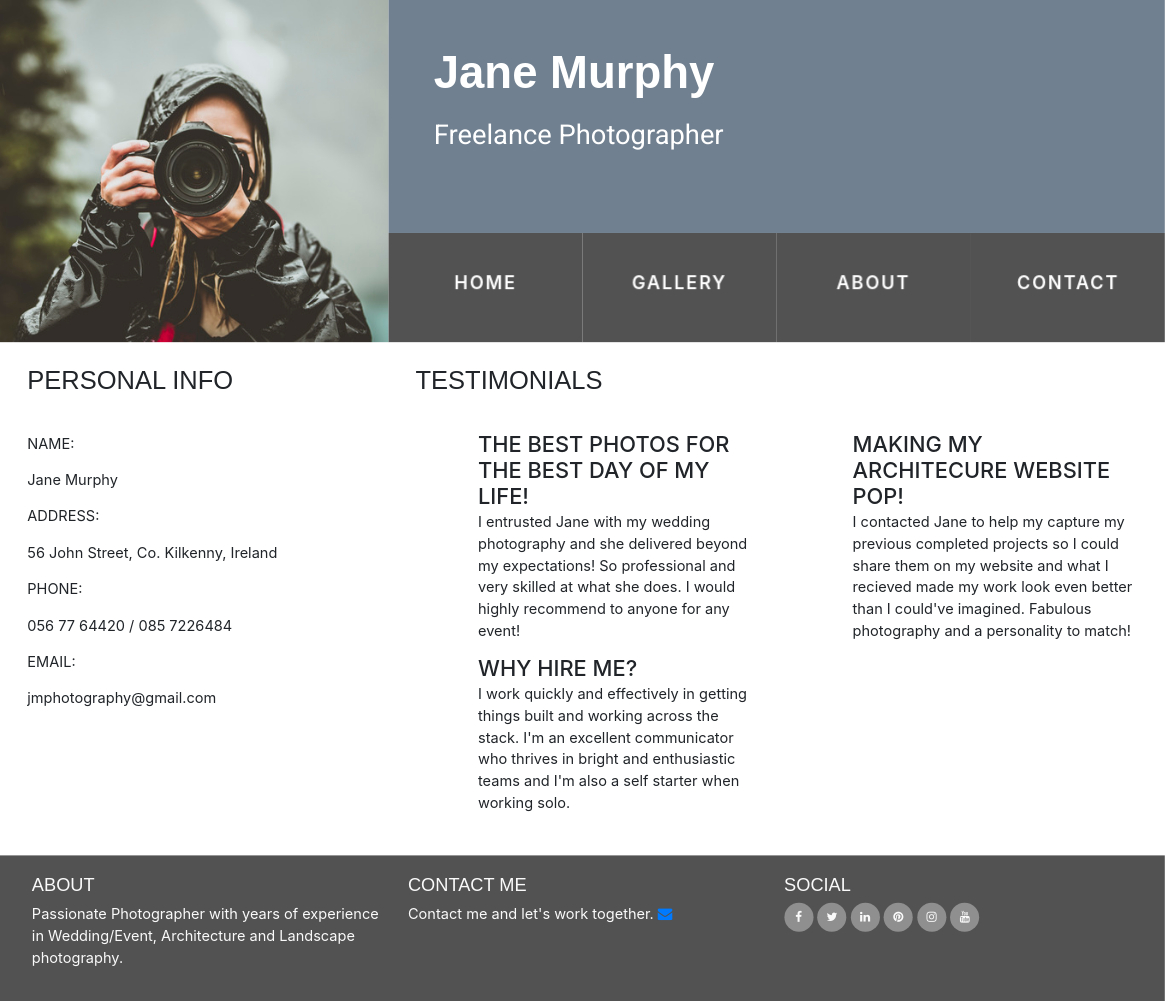
Repository: Code-Institute-Submissions/MrChrisRandall-milestone-1
Page: index.html
The author's editor kept a record of every edit. The page is drawn from the files as they stood at one moment, then again after the next edit.
The browser window is 1280 px wide. The pictures show the whole page, at 91% of full size.

Above is the page before.

### index.html
<!DOCTYPE html>
<html lang="en">

<head>
    <meta charset="UTF-8">
    <meta name="viewport" content="width=device-width, initial-scale=1.0">
    <meta http-equiv="X-UA-Compatible" content="ie=edge">
    <link rel="stylesheet" href="https://stackpath.bootstrapcdn.com/bootstrap/4.3.1/css/bootstrap.min.css" type="text/css" />
    <link rel="stylesheet" href="https://stackpath.bootstrapcdn.com/font-awesome/4.7.0/css/font-awesome.min.css" type="text/css" />
    <link rel="stylesheet" href="https://cdnjs.cloudflare.com/ajax/libs/hover.css/2.3.1/css/hover-min.css" type="text/css" />
    <link rel="stylesheet" href="assets/css/style.css" type="text/css" />
    <title>Studio 21</title>
</head>

<body>
    <header>
        <div class="row no-gutters">
            <a href="index.html" class="col-md-4 logo">

            </a>
            <div class="col-md-8">
                <div class="row no-gutters bg-color-name-title">
                    <div class="col heading">
                        <h1 class="name">Jane Murphy</h1>
                        <h2 class="title">Freelance Photographer</h2>
                    </div>
                </div>
                <div class="row no-gutters">
                    <div class="col">
                        <ul id="nav" class="list-inline menucontainer">
                            <li class="col-2 col-sm-3 ui-menu-color-home list-inline-item menuitem">
                                <a href="#" class="hvr-grow-shadow"><span>Home</span></a>
                            </li>
                            <li class="col-2 col-sm-3 ui-menu-color-gallery list-inline-item menuitem">
                                <a href="#" class="hvr-grow-shadow"><span>Gallery</span></a>
                            </li>
                            <li class="col-2 col-sm-3 ui-menu-color-about list-inline-item menuitem">
                                <a href="#" class="hvr-grow-shadow"><span>About</span></a>
                            </li>
                            <li class="col-2 col-sm-3 ui-menu-color-contact list-inline-item menuitem">
                                <a href="#" class="hvr-grow-shadow"><span>Contact</span></a>
                            </li>
                        </ul>
                    </div>
                </div>

            </div>
        </div>

    </header>

    <section class="container-fluid">
        <div class="row">
            <div class="col-md-4 section-column">
                <div class="row">
                    <div class="col-12">
                        <h3 class="section-heading uppercase">
                            Personal Info
                        </h3>
                    </div>
                </div>
                <div class="personal-info-item">
                    <div class="key">
                        <p class="uppercase">
                            Name:
                        </p>
                    </div>
                    <div class="value">
                        <p>
                            Jane Murphy
                        </p>
                    </div>
                </div>
                <div class="personal-info-item">
                    <div class="key">
                        <p class="uppercase">
                            Address:
                        </p>
                    </div>
                    <div class="value">
                        <p>
                            56 John Street, Co. Kilkenny, Ireland
                        </p>
                    </div>
                </div>
                <div class="personal-info-item">
                    <div class="key">
                        <p class="uppercase">
                            Phone:
                        </p>
                    </div>
                    <div class="value">
                        <p>
                            056 77 64420 / 085 7226484
                        </p>
                    </div>
                </div>
                <div class="personal-info-item">
                    <div class="key">
                        <p class="uppercase">
                            Email:
                        </p>
                    </div>
                    <div class="value">
                        <p>
                            jmphotography@gmail.com
                        </p>
                    </div>
                </div>
            </div>
            <div class="col-md-8 section-column">
                <div class="row">
                    <div class="col">
                        <h3 class="section-heading uppercase">Testimonials</h3>
                    </div>
                </div>
                <div class="row">
                    <div class="col-10 offset-1 offset-sm-0 col-sm-4 col-md-6">
                        <div class="row">
                            <div class="col-2">
                            </div>
                            <div class="col-10">
                                <h4 class="uppercase">The best photos for the best day of my life!</h4>
                                <p>
                                    I entrusted Jane with my wedding photography and she delivered beyond my expectations! So professional and very skilled at what she does. I would highly recommend to anyone for any event!
                                </p>
                            </div>
                        </div>
                    </div>
                    <div class="col-10 offset-1 offset-sm-0 col-sm-4 col-md-6">
                        <div class="row">
                            <div class="col-2">
                            </div>
                            <div class="col-10">
                                <h4 class="uppercase">Making my architecure website pop!</h4>
                                <p>
                                    I contacted Jane to help my capture my previous completed projects so I could share them on my website and what I recieved made my work look even better than I could've imagined. Fabulous photography and a personality to match!
                                </p>
                            </div>
                        </div>
                    </div>
                    <div class="col-10 offset-1 offset-sm-0 col-sm-4 col-md-6">
                        <div class="row">
                            <div class="col-2">
                            </div>
                            <div class="col-10">
                                <h4 class="uppercase">Why hire me?</h4>
                                <p>
                                    I work quickly and effectively in getting things built and working across the stack. I'm an excellent communicator who thrives in bright and enthusiastic teams and I'm also a self starter when working solo.
                                </p>
                            </div>
                        </div>
                    </div>
                </div>
            </div>
        </div>

    </section>

    <footer class="container-fluid">
        <div id="footer-details" class="row">
            <div class="col-sm-4">
                <h5 class="uppercase general-sub">About</h5>
                <p class="inline-block">
                    Passionate Photographer with years of experience in Wedding/Event, Architecture and Landscape photography.
                </p>
            </div>
            <div class="col-sm-4">
                <h5 class="uppercase general-sub">Contact Me</h5>
                <p class="inline-block">
                    Contact me and let's work together.
                    <a href="contact.html" class="contant-link">
                        <i class="fa fa-envelope" aria-hidden="true"></i>
                        <span class="sr-only">Contact link.</span>
                    </a>
                </p>
            </div>
            <div class="col-sm-4">
                <h5 class="uppercase general-sub">Social</h5>
                <ul class="list-inline social-links">
                    <li class="list-inline-item">
                        <a target="_blank" href="#">
                            <i class="fa fa-facebook" aria-hidden="true"></i>
                            <span class="sr-only">Facebook</span>
                        </a>
                    </li>
                    <li class="list-inline-item">
                        <a target="_blank" href="#">
                            <i class="fa fa-twitter" aria-hidden="true"></i>
                            <span class="sr-only">Twitter</span>
                        </a>
                    </li>
                    <li class="list-inline-item">
                        <a target="_blank" href="#">
                            <i class="fa fa-linkedin" aria-hidden="true"></i>
                            <span class="sr-only">LinkedIn</span>
                        </a>
                    </li>
                    <li class="list-inline-item">
                        <a target="_blank" href="#">
                            <i class="fa fa-pinterest" aria-hidden="true"></i>
                            <span class="sr-only">Pinterest</span>
                        </a>
                    </li>
                    <li class="list-inline-item">
                        <a target="_blank" href="#">
                            <i class="fa fa-instagram" aria-hidden="true"></i>
                            <span class="sr-only">Instagram</span>
                        </a>
                    </li>
                    <li class="list-inline-item">
                        <a target="_blank" href="#">
                            <i class="fa fa-youtube" aria-hidden="true"></i>
                            <span class="sr-only">YouTube</span>
                        </a>
                    </li>
                </ul>
            </div>
        </div>
    </footer>

</body>

</html>

### assets/css/style.css
@import url('https://fonts.googleapis.com/css?family=Roboto&display=swap:100,200,300,400,500,600,700|Exo:100,200,300,400,500,600,700');


/*--------------------------------------------------Colors*/

.bg-color-name-title {
    background-color: #708090;
}

.ui-menu-color-home {
    background-color: #525252;
}

.ui-menu-color-gallery {
    background-color: #525252;
}

.ui-menu-color-about {
    background-color: #525252;
}

.ui-menu-color-contact {
    background-color: #525252;
}

/*--------------------------------------------------General*/

h1,
h2,
h3,
h4 {
    margin: 0;
}

.uppercase {
    text-transform: uppercase;
}

.general-sub {
    font-family: "Exo", sans-serif;
    font-weight: 300;
    color: #fafafa
}

.inline-block {
    display: inline-block;
}

.row-table {
    display: table;
}

.section-column {
    display: table-cell;
    padding: 0 30px 30px;
    float: none;
}

.history-heading,
.section-heading {
    font-family: "Exo", sans-serif;
    font-weight: 300;
    margin-top: 25px;
    margin-bottom: 40px;
}

/*--------------------------------------------------Header*/

.header {
    margin: 0;
}

.heading {
    margin-left: 50px;
}

.logo {
    background: url(../images/pic.jpg);
    background-position: center;
    background-repeat: no-repeat;
    background-size: cover;
    min-height: 360px;
}

.name {
    font-family: "Exo", sans-serif;
    font-weight: 600;
    font-size: 50px;
    margin-top: 50px;
    color: #fff;
}

.title {
    font-family: "Roboto", sans-serif;
    font-weight: 400;
    font-size: 30px;
    margin-top: 20px;
    margin-bottom: 90px;
    color: #fff;
}

.list-inline-item:not(:last-child) {
    margin: 0;
}

.menucontainer {
    font-size: 0;
}

#nav {
    margin: 0;
}

#nav li {
    font-size: 14px;
    padding: 0;
}

.menuitem {
    height: 120px;
    text-align: center;
    padding: 0;
}

.menuitem a {
    width: 100%;
    text-decoration: none;
    color: #fff;
    height: 120px;
}

.menuitem span {
    display: block;
    width: 100%;
    padding-top: 40px;
    text-align: center;
    text-transform: uppercase;
    font-size: 20px;
    font-weight: 600;
    letter-spacing: 2px;
}

/*--------------------------------------------------Footer*/

footer {
    background-color: #525252;
    color: #fafafa;
    min-height: 120px;
    margin: 0;
}

.contact-link i {
    width: 32px;
    height: 32px;
    padding: 12px 0;
    border-radius: 50%;
    font-size: 13px;
    line-height: 7px;
    text-align: center;
    color: #fafafa;
    background: #8f8f8f;
    transition: all 0.35s ease-in-out;
    -moz-transition: all 0.35s ease-in-out;
    -webkit-transition: all 0.35s ease-in-out;
    -o-transition: all 0.35s ease-in-out;
}

.social-links {
    padding-bottom: 15px;
}

.social-links li a i {
    width: 32px;
    height: 32px;
    padding: 12px 0;
    border-radius: 50%;
    font-size: 13px;
    line-height: 7px;
    text-align: center;
    color: #fafafa;
    background: #8f8f8f;
    transition: all 0.35s ease-in-out;
    -moz-transition: all 0.35s ease-in-out;
    -webkit-transition: all 0.35s ease-in-out;
    -o-transition: all 0.35s ease-in-out;
}

.social-links li a i:hover {
    background: #708090;
}

#footer-details {
    padding: 20px;
}

After the next edit:
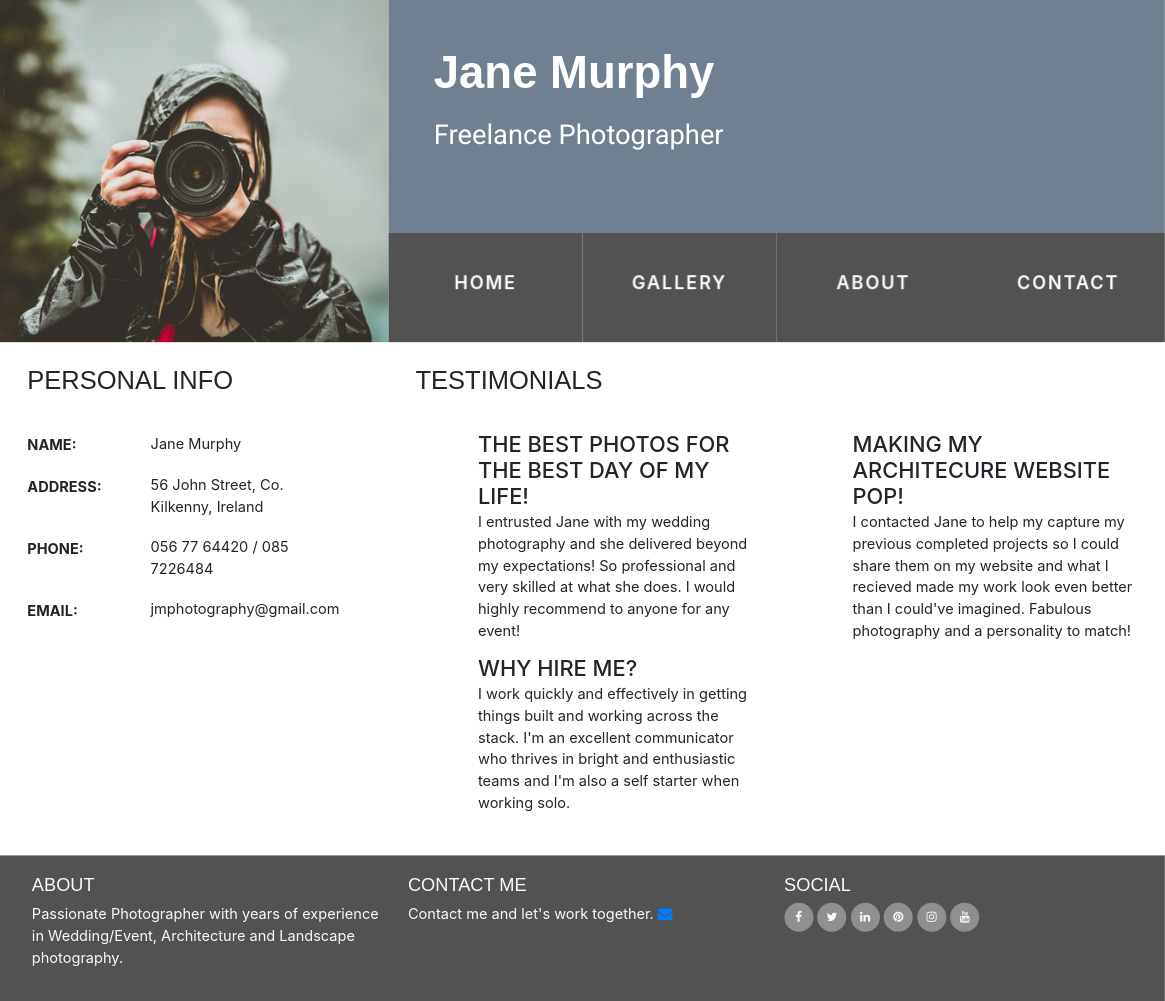
The edit:
--- a/assets/css/style.css
+++ b/assets/css/style.css
@@ -192,3 +192,60 @@ footer {
 #footer-details {
     padding: 20px;
 }
+
+/*--------------------------------------------------Personal Info*/
+
+.personal-info-item {
+    margin-bottom: 20px;
+    display: block;
+    clear: both;
+}
+
+.personal-info-item .key,
+.personal-info-item .value {
+    padding-right: 8px;
+    display: inline-block;
+}
+
+.personal-info-item .key p,
+.personal-info-item .value p {
+    margin: 0;
+}
+
+.personal-info-item .key {
+    width: 30%;
+    margin-right: 21px;
+    padding-top: 2px;
+    vertical-align: top;
+}
+
+.personal-info-item .key p {
+    font-weight: 700;
+}
+
+.personal-info-item .value {
+    position: relative;
+    width: 60%;
+}
+
+/*--------------------------------------------------Contact Form*/
+
+.contact-heading {
+    font-family: "Exo", sans-serif;
+    font-weight: 300;
+    margin-top: 25px;
+    margin-bottom: 20px;
+}
+
+.center-form {
+    padding-top: 10px;
+    margin: 0 auto;
+    max-width: 70%;
+}
+
+button[type="submit"] {
+    margin-top: 15px;
+    margin-bottom: 20px;
+    color: #fafafa;
+    background-color: #e84610;
+}
